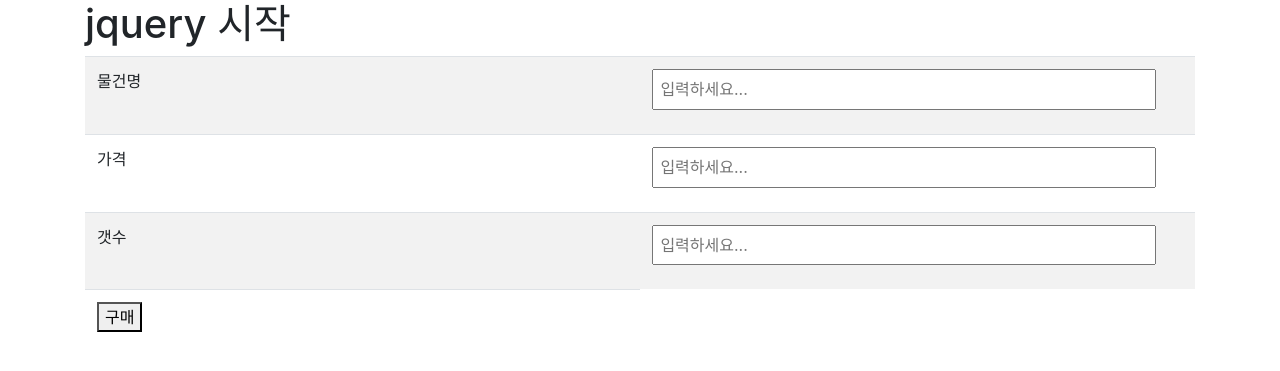
Repository: chanjungkim/vue_hrd
Page: vueexp/WebContent/a04_event/a02_buyProduct.html
These files come from the project's save history. The page is drawn as it stood at one moment and after the next save; the edit follows.
The browser window is 1280 px wide. The pictures show the whole page.

Above is the page before, as saved 2019-09-21 02:10:22.

After the next save:
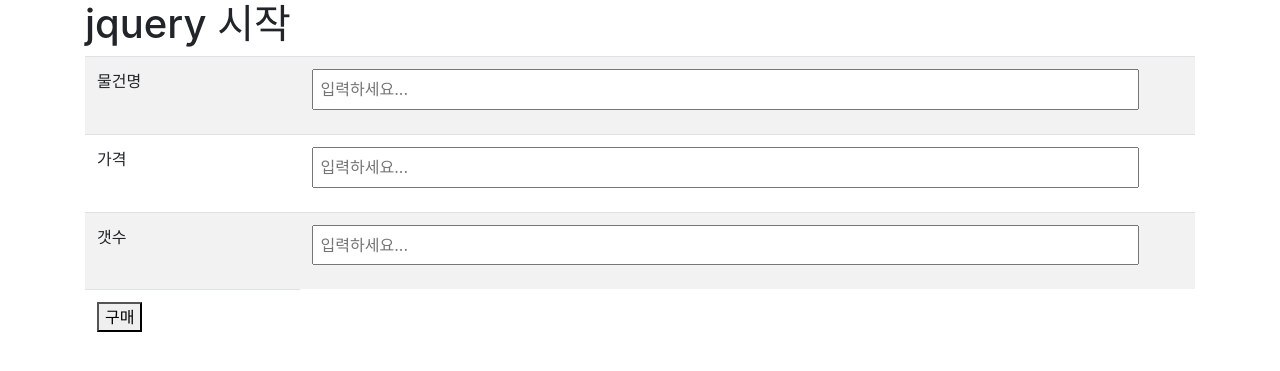
Saved 14 s later.
--- a/vueexp/WebContent/a04_event/a02_buyProduct.html
+++ b/vueexp/WebContent/a04_event/a02_buyProduct.html
@@ -36,7 +36,6 @@ input[type="text"], label {
 	<div class="container">
 		<h1></h1>
 		<table class="table table-hover table-striped">
-			<col width="50%">
 			<tr>
 				<td>물건명</td>
 				<td><input type="text" placeholder="입력하세요..."/></td>
